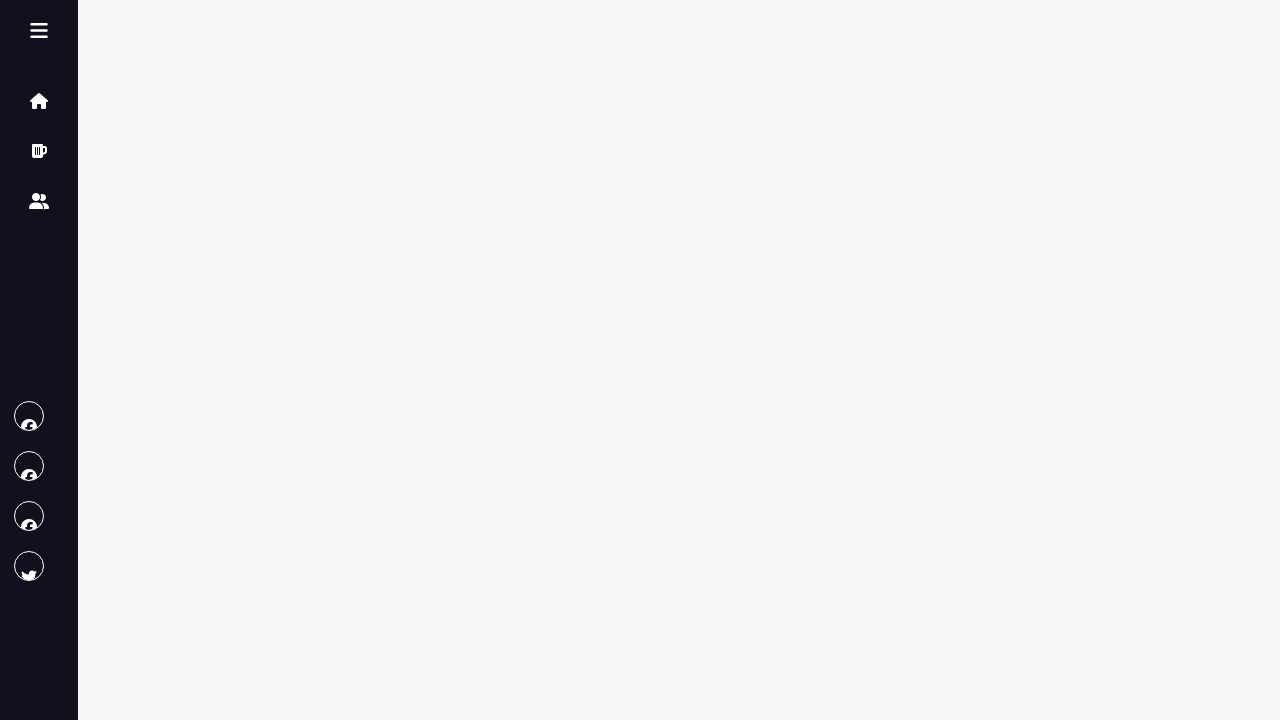
Repository: Nic98/MilkTeaWebsite
Page: mywebsite.html
The author's editor kept a copy of each file at every save. The page is drawn from the files as they stood at one save, then again after the next save.
The browser window is 1280 px wide. The pictures show the whole page.
Some web libraries are served in a nearby version.

Above is the page before, as saved 2024-05-28 23:16:40.

After the next save:
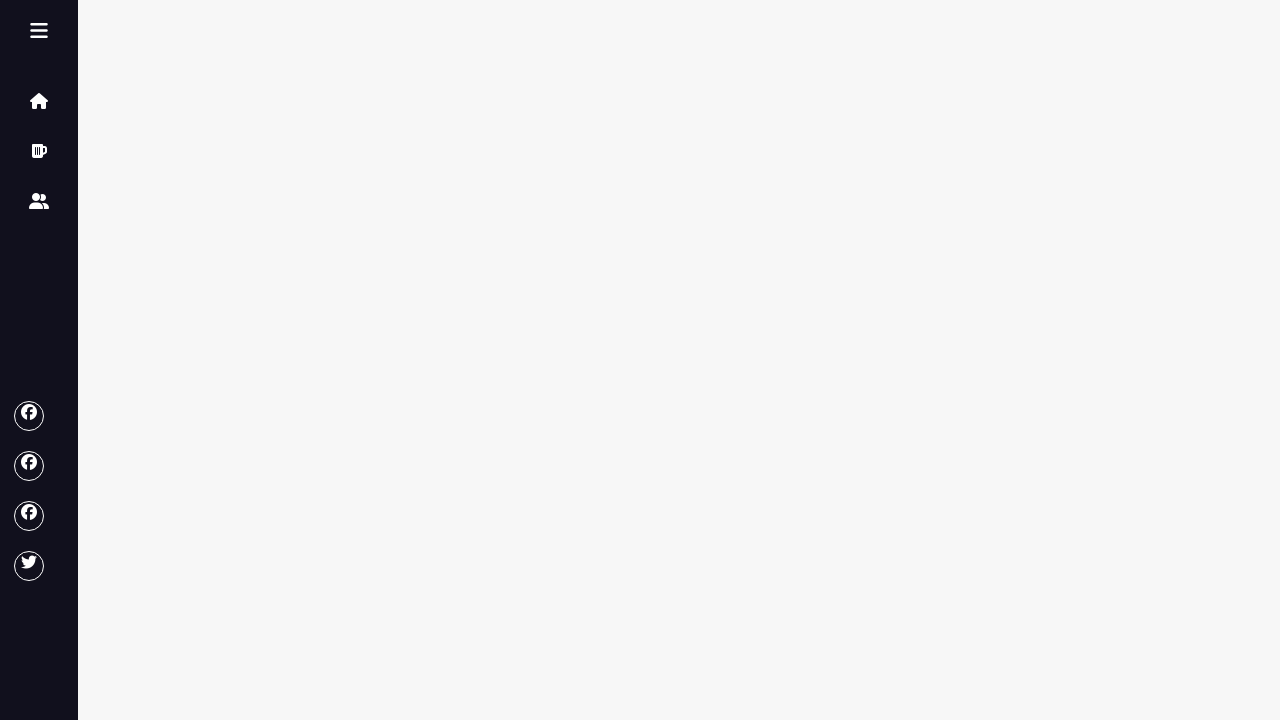
Saved 4 s later.
--- a/mywebsite.css
+++ b/mywebsite.css
@@ -271,7 +271,7 @@ body {
 }
 
 .contact_list li i {
-  line-height: 50px;
+  line-height: 20px;
   border-radius: 12px;
   text-align: center;
 }
